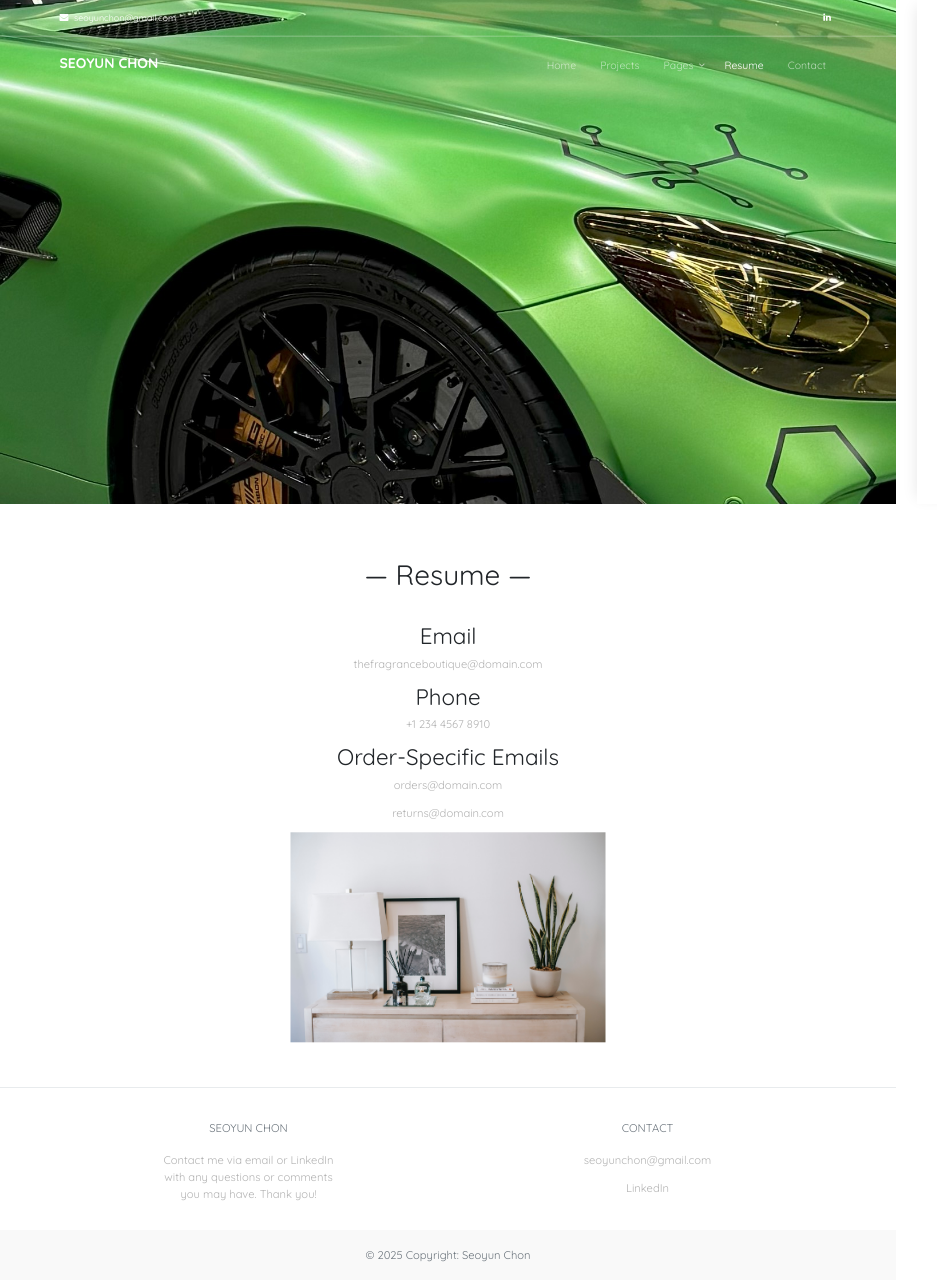
Repository: schon02/seoyun-chon-portfolio
Page: resume_page.html
The author's editor kept a copy of each file at every save. The page is drawn from the files as they stood at one save, then again after the next save.
The browser window is 1280 px wide. The page is 1338 px wide, so the pictures cover 1338 px, including what lies to the right of the window. The pictures show the whole page, at 70% of full size.

Above is the page before, as saved 2025-01-08 20:18:20.

### resume_page.html
<!DOCTYPE html>
<html>
    <head>
        <!-- <link href="style.css" rel="stylesheet" /> -->
        <!-- Required meta tags -->
        <meta charset="utf-8">
        <meta name="viewport" content="width=device-width, initial-scale=1, shrink-to-fit=no">

        <link href="https://fonts.googleapis.com/css?family=Quicksand:400,600,700&display=swap" rel="stylesheet">

        <link rel="stylesheet" href="fonts/icomoon/style.css">

        <link rel="stylesheet" href="css/owl.carousel.min.css">

        <!-- Bootstrap CSS -->
        <link rel="stylesheet" href="css/bootstrap.min.css">

        <!-- Style -->
        <link rel="stylesheet" href="css/style.css">

        <title>Resume</title>
    </head>

    <body>
        <!-- <header>
            <nav>
                <ul>
                    <li><a href="index.html">Home</a></li>
                    <li><a href="services_page.html">Services</a></li>
                    <li><a class="active" href="contact_page.html">Contact</a></li>
                </ul>
            </nav>
        </header> -->


        <div class="site-mobile-menu site-navbar-target">
            <div class="site-mobile-menu-header">
              <div class="site-mobile-menu-close mt-3">
                <span class="icon-close2 js-menu-toggle"></span>
              </div>
            </div>
            <div class="site-mobile-menu-body"></div>
          </div> <!-- .site-mobile-menu -->

        <div class="site-navbar-wrap">
            <div class="site-navbar-top">
              <div class="container py-3">
                <div class="row align-items-center">
                  <div class="col-6">
                    <div class="d-flex mr-auto">
                      <a href="#" class="d-flex align-items-center mr-4">
                        <span class="icon-envelope mr-2"></span>
                        <span class="d-none d-md-inline-block">seoyunchon@gmail.com</span>
                      </a>
                      <!-- <a href="#" class="d-flex align-items-center mr-auto">
                        <span class="icon-phone mr-2"></span>
                        <span class="d-none d-md-inline-block">+1 234 4567 8910</span>
                      </a> -->
                    </div>
                  </div>
                  <div class="col-6 text-right">
                    <div class="mr-auto">
                      <!-- <a href="#" class="p-2 pl-0"><span class="icon-twitter"></span></a> -->
                      <!-- <a href="#" class="p-2 pl-0"><span class="icon-facebook"></span></a> -->
                      <a href="https://www.linkedin.com/in/seoyun-chon/" class="p-2 pl-0"><span class="icon-linkedin"></span></a>
                      <!-- <a href="#" class="p-2 pl-0"><span class="icon-instagram"></span></a> -->
                    </div>

                  </div>
                </div>
              </div>
            </div>

            <div class="site-navbar site-navbar-target js-sticky-header">
              <div class="container">
                <div class="row align-items-center">
                  <div class="col-2">
                    <h1 class="my-0 site-logo"><a href="index.html">Seoyun&nbsp;Chon</a></h1>
                  </div>
                  <div class="col-10">
                    <nav class="site-navigation text-right" role="navigation">
                      <div class="container">
                        <div class="d-inline-block d-lg-none ml-md-0 mr-auto py-3"><a href="#" class="site-menu-toggle js-menu-toggle text-white"><span class="icon-menu h3"></span></a></div>

                        <ul class="site-menu main-menu js-clone-nav d-none d-lg-block">
                          <li><a href="index.html" class="nav-link">Home</a></li>
                          <li><a href="projects_page.html" class="nav-link">Projects</a></li>
                          <li class="has-children">
                            <a href="#" class="nav-link">Pages</a>
                            <ul class="dropdown arrow-top">
                              <li><a href="#" class="nav-link">Team</a></li>
                              <li><a href="#" class="nav-link">Pricing</a></li>
                              <li><a href="#" class="nav-link">FAQ</a></li>
                              <li class="has-children">
                                <a href="#">More Links</a>
                                <ul class="dropdown">
                                  <li><a href="#">Menu One</a></li>
                                  <li><a href="#">Menu Two</a></li>
                                  <li><a href="#">Menu Three</a></li>
                                </ul>
                              </li>
                            </ul>
                          </li>
                          <!-- <li><a href="#about-section" class="nav-link">About</a></li> -->
                          <li class="active"><a href="resume_page.html" class="active">Resume</a></li>
                          <!-- <li><a href="#gallery-section" class="nav-link">Gallery</a></li> -->
                          <li><a href="contact_page.html" class="nav-link">Contact</a></li>
                        </ul>
                      </div>
                    </nav>
                  </div>
                </div>
              </div>
            </div>
          </div>

          <div class="hero" style="background-image: url('images/amg-gtr-front.jpg');"></div>

        <!-- <div class="contactImage">
            <div class="welcomeText">
                <h1>Contact</h1>
            </div>
        </div> -->

        <div class="text-center" style="padding-top: 2cm;">
            <h1>— Resume —</h1>
            <h2 style="padding-top: 1cm;">Email</h2>
            <p>thefragranceboutique@domain.com</p>
            <h2>Phone</h2>
            <p>+1 234 4567 8910</p>
            <h2>Order-Specific Emails</h2>
            <p>orders@domain.com</p>
            <p>returns@domain.com</p>
            <p><img src="images/white-livingroom-contact.jpg"
                 style="width:450px;"></p>
        </div>

    <script src="js/jquery-3.3.1.min.js"></script>
    <script src="js/popper.min.js"></script>
    <script src="js/bootstrap.min.js"></script>
    <script src="js/jquery.sticky.js"></script>
    <script src="js/main.js"></script>

    </body>

<!-- Footer -->
<footer class="text-center text-lg-start bg-white text-muted">

  <section class="d-flex justify-content-center justify-content-lg-between p-4 border-bottom">
  </section>

  <!-- Section: Links  -->
  <section class="">
    <div class="container text-center text-md-start mt-5">
      <!-- Grid row -->
      <div class="row mt-3">
        <!-- Grid column -->
        <div class="col-md-3 col-lg-4 col-xl-3 mx-auto mb-4">
          <!-- Content -->
          <h6 class="text-uppercase fw-bold mb-4">
            <i class="fas fa-gem me-3 text-secondary"></i>Seoyun Chon
          </h6>
          <p>
            Contact me via email or LinkedIn with any questions or comments you may have. Thank you!
          </p>
        </div>
        <!-- Grid column -->

        <!-- Grid column -->
        <div class="col-md-4 col-lg-3 col-xl-3 mx-auto mb-md-0 mb-4">
          <!-- Links -->
          <h6 class="text-uppercase fw-bold mb-4">Contact</h6>
          <p><i class="fas fa-home me-3 text-secondary"></i> seoyunchon@gmail.com</p>
          <p>
            <i class="fas fa-envelope me-3 text-secondary"></i>
            <a href="https://www.linkedin.com/in/seoyun-chon/" class="text-reset"> LinkedIn </a>
          </p>
        </div>
        <!-- Grid column -->
      </div>
      <!-- Grid row -->
    </div>
  </section>
  <!-- Section: Links  -->

  <!-- Copyright -->
  <div class="text-center p-4" style="background-color: rgba(0, 0, 0, 0.025);">
    © 2025 Copyright:
    <a class="text-reset fw-bold" href="https://mdbootstrap.com/">Seoyun Chon</a>
  </div>
  <!-- Copyright -->
</footer>
<!-- Footer -->


</html>

Loaded but not shown: fonts/icomoon/style.css (common file); css/owl.carousel.min.css (library); css/bootstrap.min.css (library); js/jquery-3.3.1.min.js (library); js/popper.min.js (library); js/bootstrap.min.js (library); js/jquery.sticky.js (library); js/main.js (87 lines, source omitted); css/style.css (448 lines, source omitted)

After the next save:
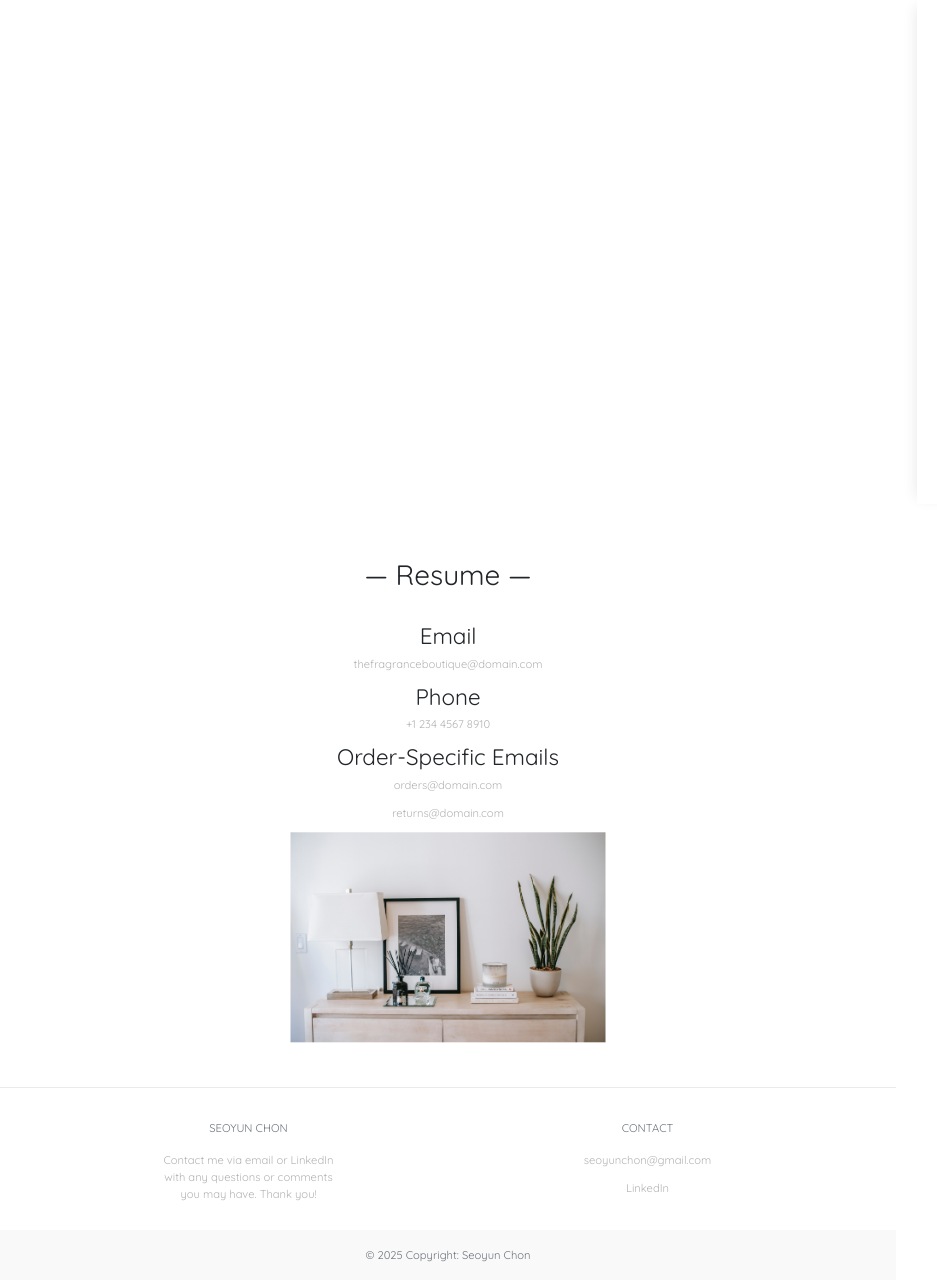
Not found: images/amg.jpg
Saved 93 s later.
--- a/resume_page.html
+++ b/resume_page.html
@@ -114,7 +114,7 @@
             </div>
           </div>
 
-          <div class="hero" style="background-image: url('images/amg-gtr-front.jpg');"></div>
+          <div class="hero" style="background-image: url('images/amg.jpg');"></div>
 
         <!-- <div class="contactImage">
             <div class="welcomeText">

After the save that followed:
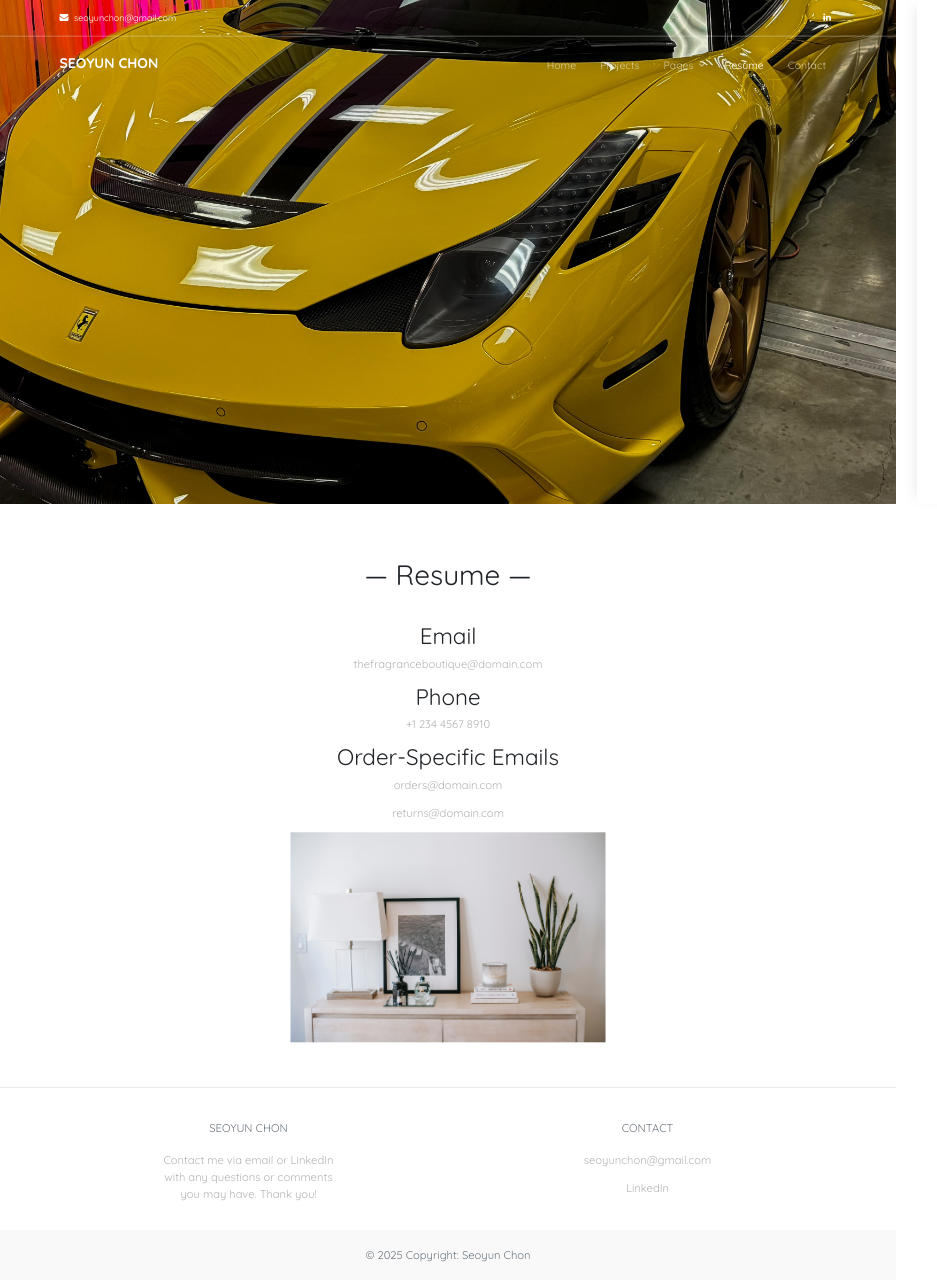
Saved 7 min 55 s later.
--- a/resume_page.html
+++ b/resume_page.html
@@ -114,7 +114,7 @@
             </div>
           </div>
 
-          <div class="hero" style="background-image: url('images/amg.jpg');"></div>
+          <div class="hero" style="background-image: url('images/ferrari.JPG');"></div>
 
         <!-- <div class="contactImage">
             <div class="welcomeText">
